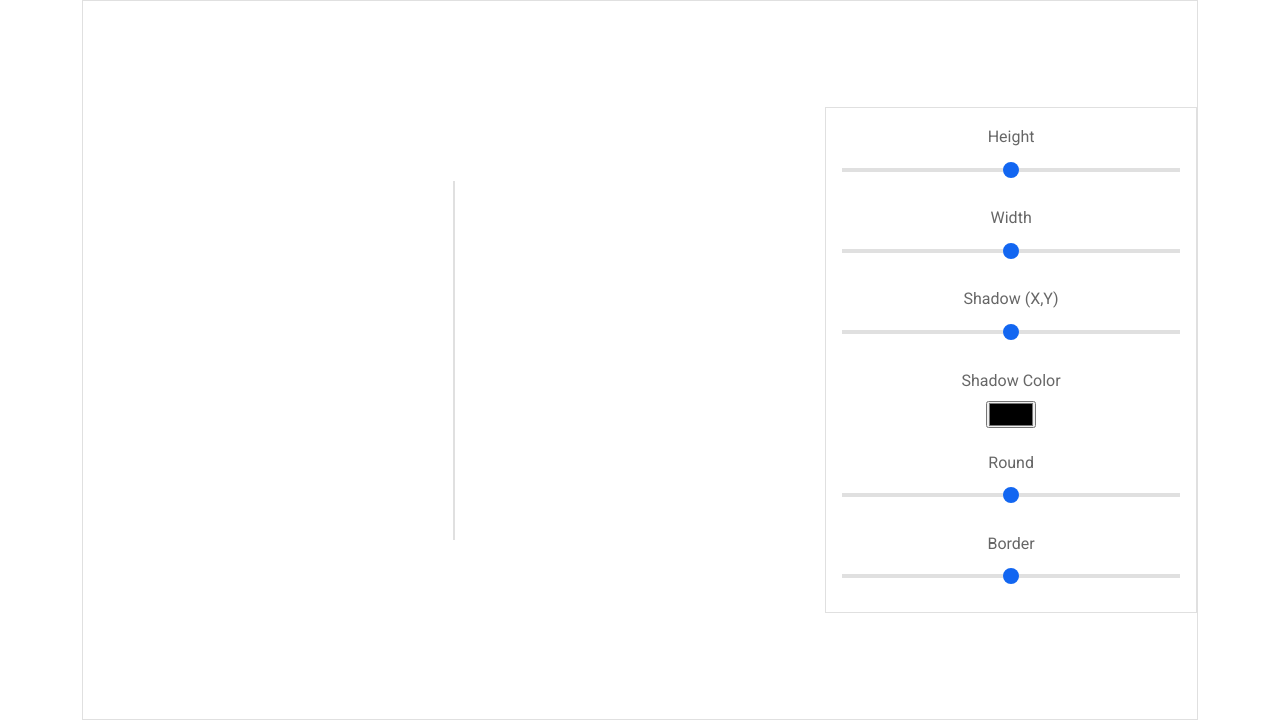
Repository: USaditya98/card-generator
Page: index.html
The author's editor kept a copy of each file at every save. The page is drawn from the files as they stood at one save, then again after a run of saves.
The browser window is 1280 px wide. The pictures show the whole page.

Above is the page before, as saved 2021-10-20 12:09:59.

After the next 2 saves:
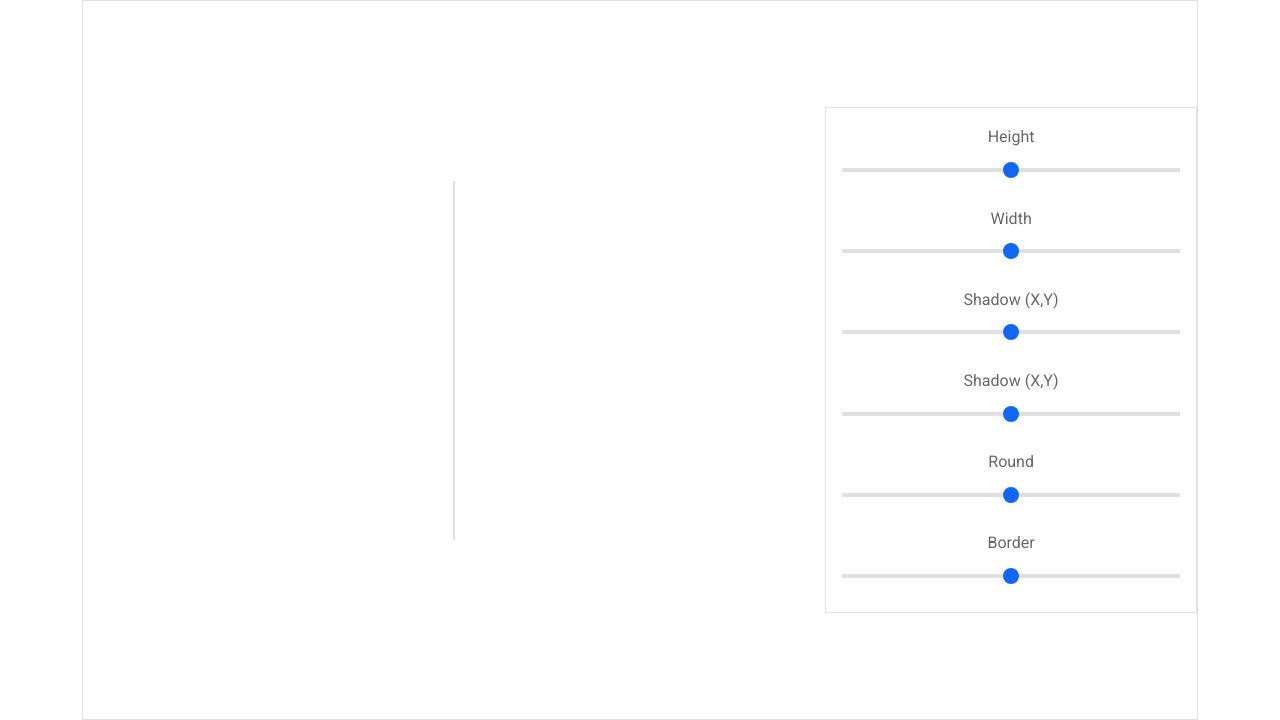
The 2 saves are shown as one change because they came seconds apart.
The last was saved 27 s later.
--- a/index.html
+++ b/index.html
@@ -45,11 +45,17 @@
                 </div>
             </div>
             <div class="m-3">
+                <label class="form-label" for="shadow">Shadow (X,Y)</label>
+                <div class="range">
+                <input type="range" class="form-range" id="shadow" min="0" max="50" step="0.5" onchange="changeShadowXY(this.value)"/>
+                </div>
+            </div>
+            <!-- <div class="m-3">
                 <label class="form-label" for="shadowColor">Shadow Color</label>
                 <div class="shadowColor">
                 <input type="color" class=" " id="shadowColor"  onchange="changeShadowColor(this.value)"/>
                 </div>
-            </div>
+            </div> -->
             <div class="m-3">
                 <label class="form-label" for="radius">Round</label>
                 <div class="range">
